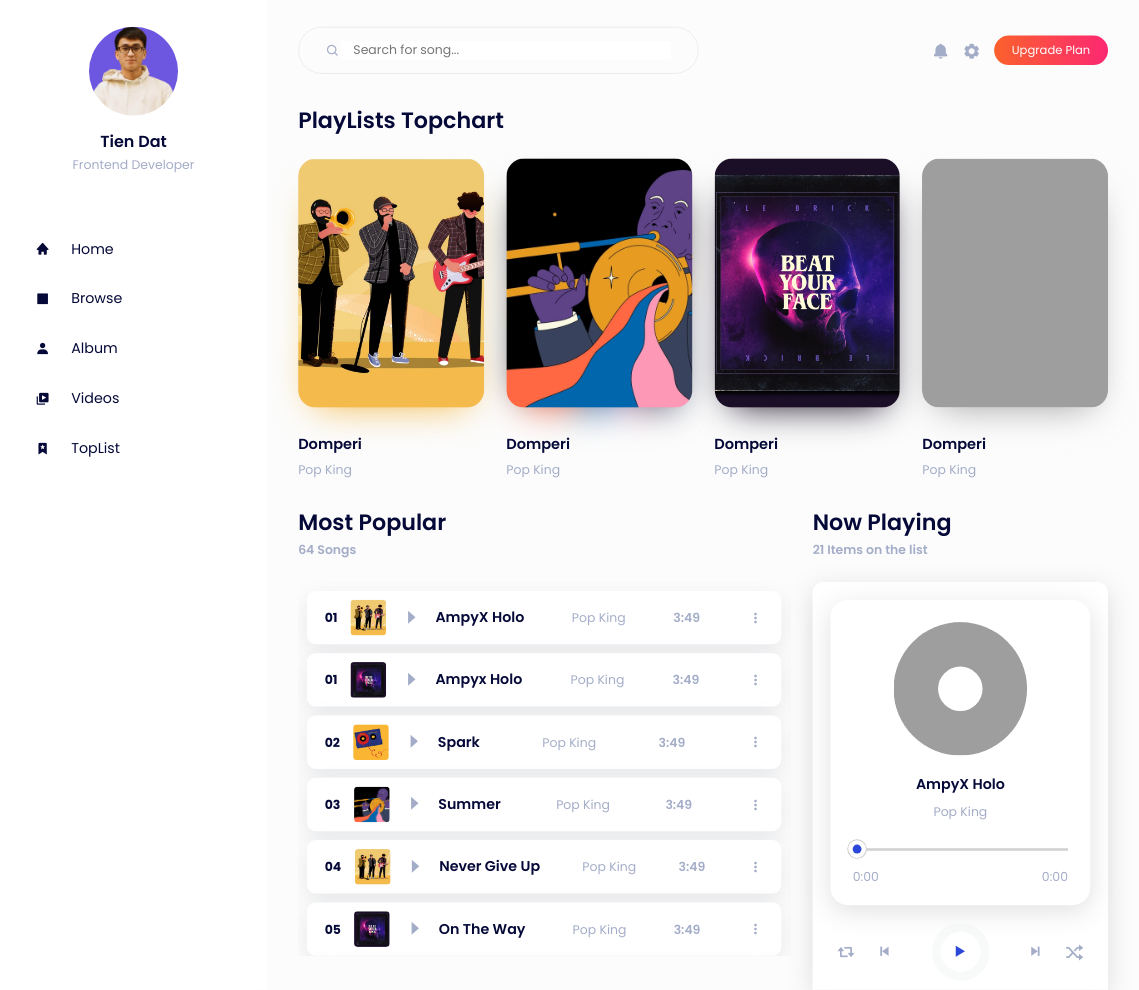
Repository: Datt21/music-webapp
Page: index.html
An editor plug-in stored every save of this project. The page is shown before and after the next save, followed by the edit.
The browser window is 1280 px wide. The pictures show the whole page, at 89% of full size.
Pictures or frames that could not be fetched are drawn as grey boxes. An inner scrolling area shows only its first screen. The style sheet was rebuilt from its Sass, Less or Tailwind sources for each picture, by a compiler version that may differ from the author's.

Above is the page before, as saved 2021-09-05 08:17:37.

After the next save:
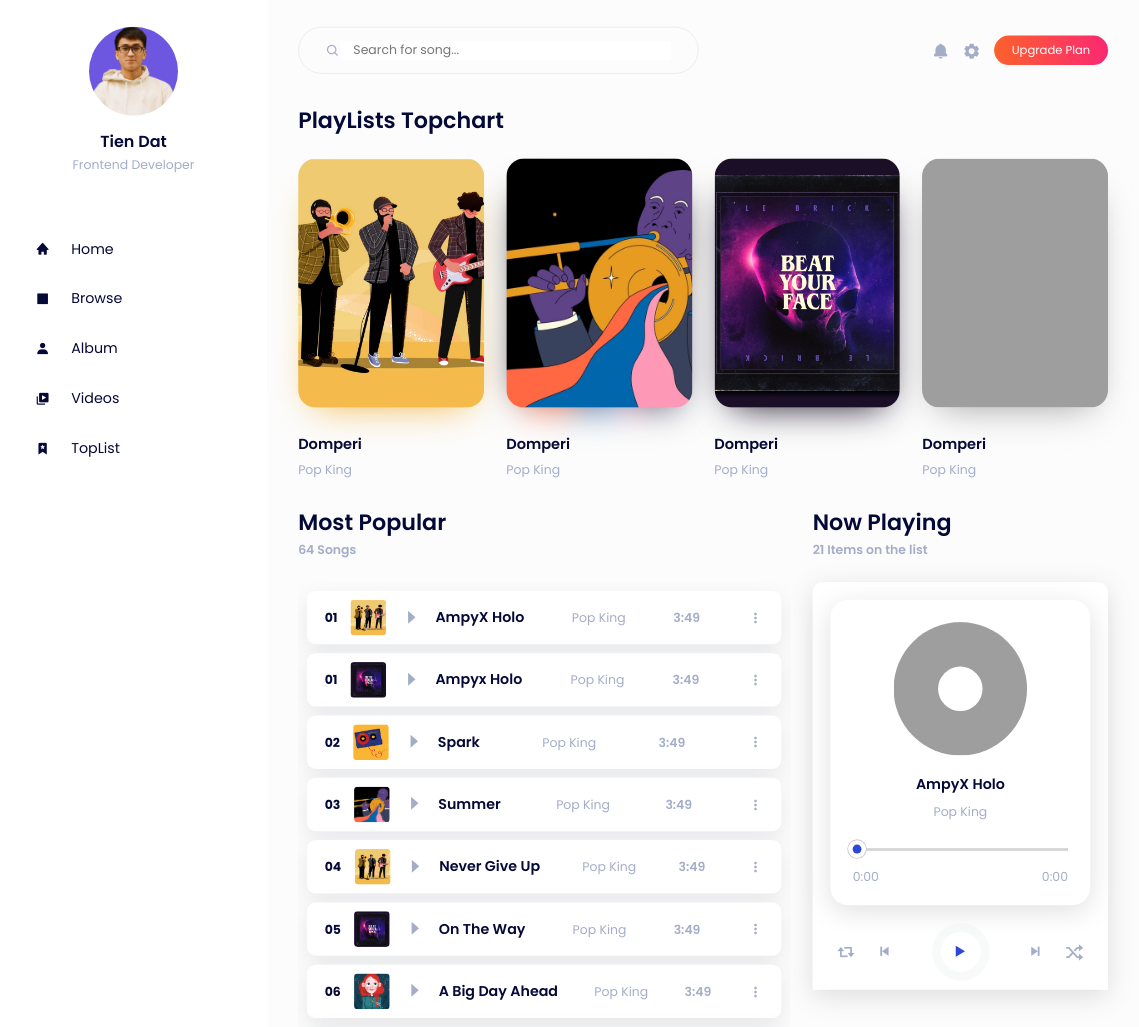
Saved 6 min 30 s later.
--- a/app.scss
+++ b/app.scss
@@ -232,7 +232,7 @@
 
 .song-list {
     padding: 10px;
-    max-height: 420px;
+    max-height: 500px;
     overflow-y: auto;
     -ms-overflow-style: none;
     scrollbar-width: none;
